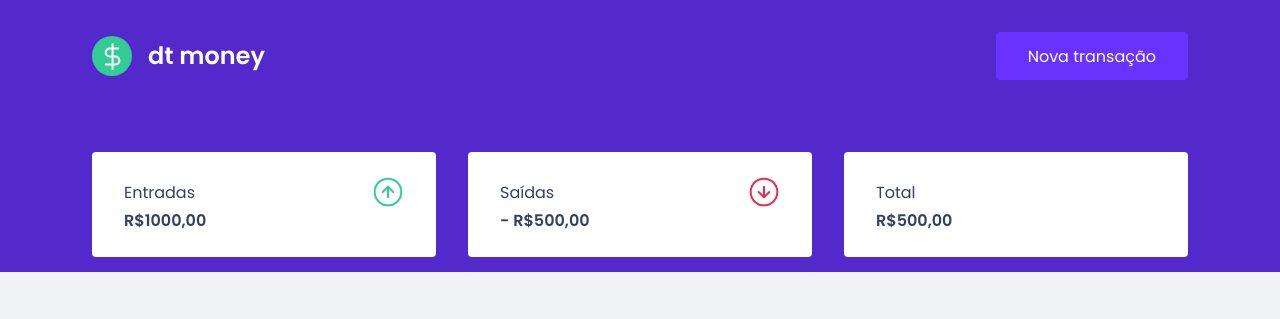
Repository: victoriandujar/ignite-dtmoney
Page: /
The author's editor kept a copy of each file at every save. The page is drawn from the files as they stood at one save, then again after the next save.
The browser window is 1280 px wide. The pictures show the whole page.
The project was rebuilt for these pictures with package versions that can differ from the ones it lists, and the page was loaded fresh each time.

Above is the page before, as saved 2021-03-22 18:45:38.

After the next save:
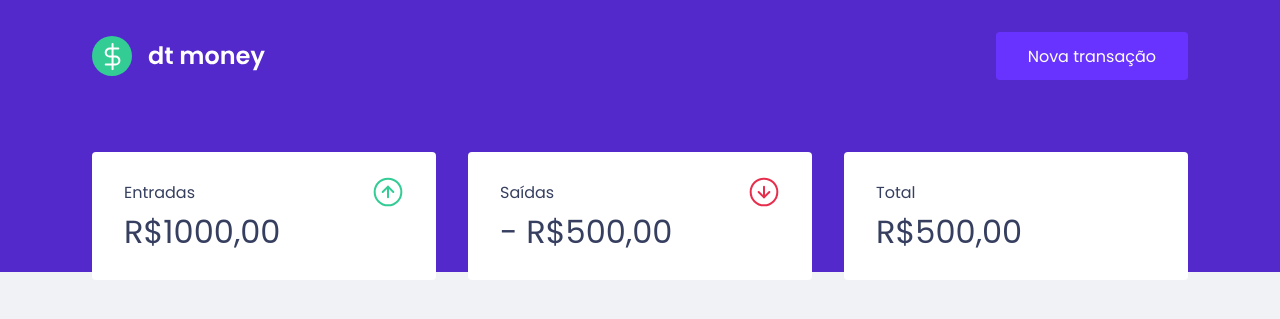
Saved 59 s later.
--- a/src/components/Summary/styles.ts
+++ b/src/components/Summary/styles.ts
@@ -17,5 +17,12 @@
           align-items: center;
           justify-content: space-between;
       }
+
+      strong {
+          margin-top: 1rem;
+          font-size: 2rem;
+          font-weight: normal;
+          line-height: 3rem;
+      }
   }
 `;
